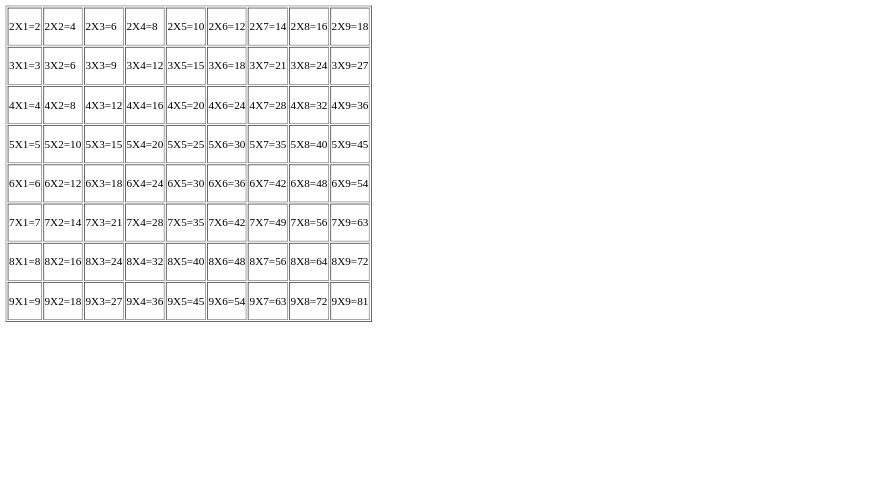
Repository: SanctusAlbino/Jsp_Servlet
Page: http://localhost/03.Tag/01.Script/Ex04For.jsp
These files come from the project's save history. The page is drawn as it stood at one moment and after the next save; the edit follows.
The browser window is 1280 px wide. The pictures show the part of the page from y = 0 to 1920 px (the page is 720 px tall before and 4504 px after), at 70% of full size.
The page is served by Tomcat 9.

Above is the page before, as saved 2023-05-19 02:22:55.

### 03.Tag/src/main/webapp/01.Script/Ex04For.jsp
<%@ page language="java" contentType="text/html; charset=UTF-8"
    pageEncoding="UTF-8"%>
<!DOCTYPE html>
<html>
<head>
<meta charset="UTF-8">
<title>Insert title here</title>
</head>
<body>
	<table border="1px solid black">
		<%for(int i =2; i<10; i++){%>
		<tr>
		<% for(int j=1; j<10; j++){%>
			<td><p><%=i%>X<%=j%>=<%=i*j%></p></td>
		<% }%>
		</tr>
	<%}%>
	</table>


</body>
</html>

After the next save:
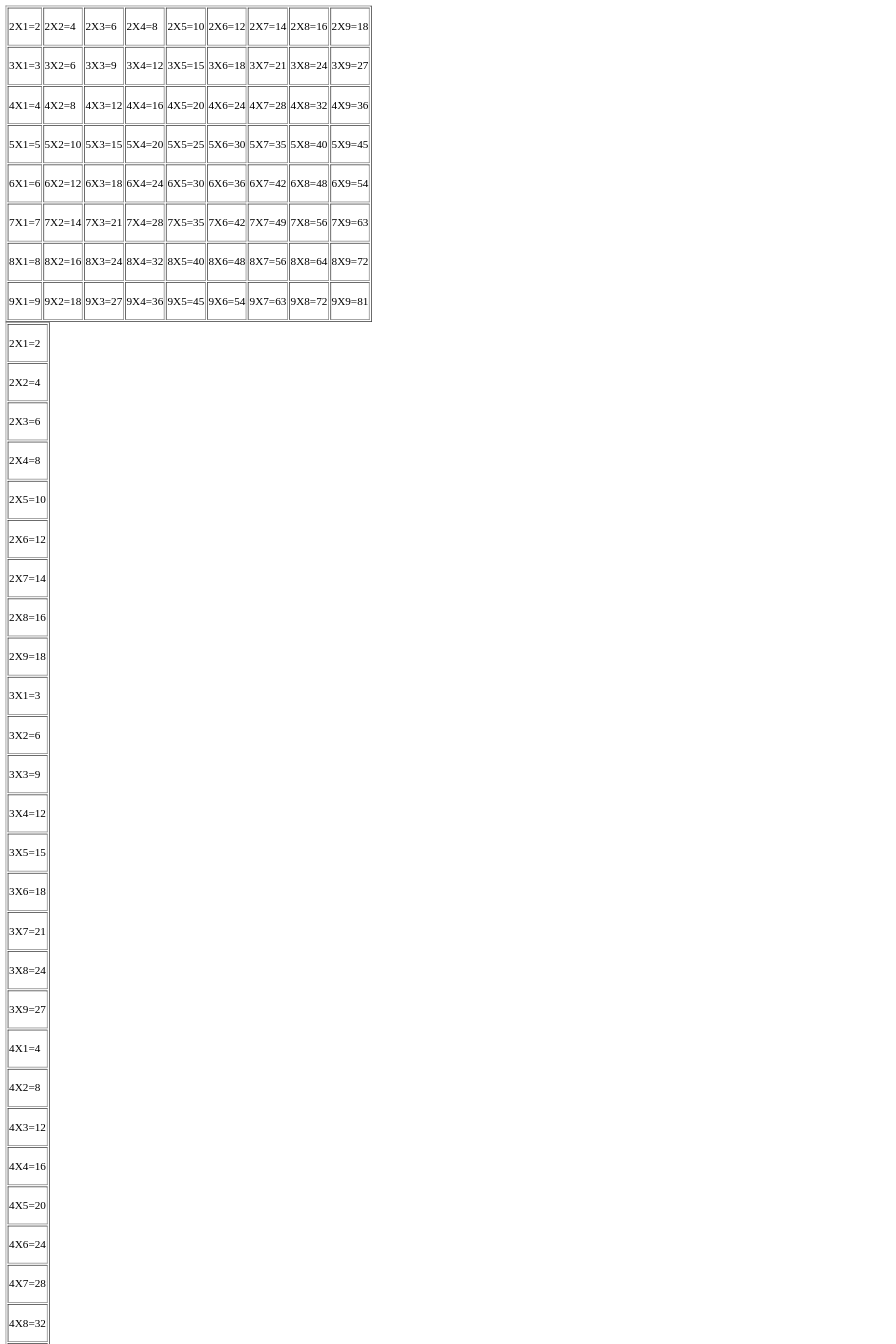
Saved 5 min 6 s later.
--- a/03.Tag/src/main/webapp/01.Script/Ex04For.jsp
+++ b/03.Tag/src/main/webapp/01.Script/Ex04For.jsp
@@ -16,6 +16,15 @@
 		</tr>
 	<%}%>
 	</table>
+	<table border="1px solid black">
+		<%for(int i =2; i<10; i++){%>
+		<% for(int j=1; j<10; j++){%>
+		<tr>
+			<td><p><%=i%>X<%=j%>=<%=i*j%></p></td>
+		<% }%>
+		</tr>
+	<%}%>
+	</table>
 
 
 </body>
